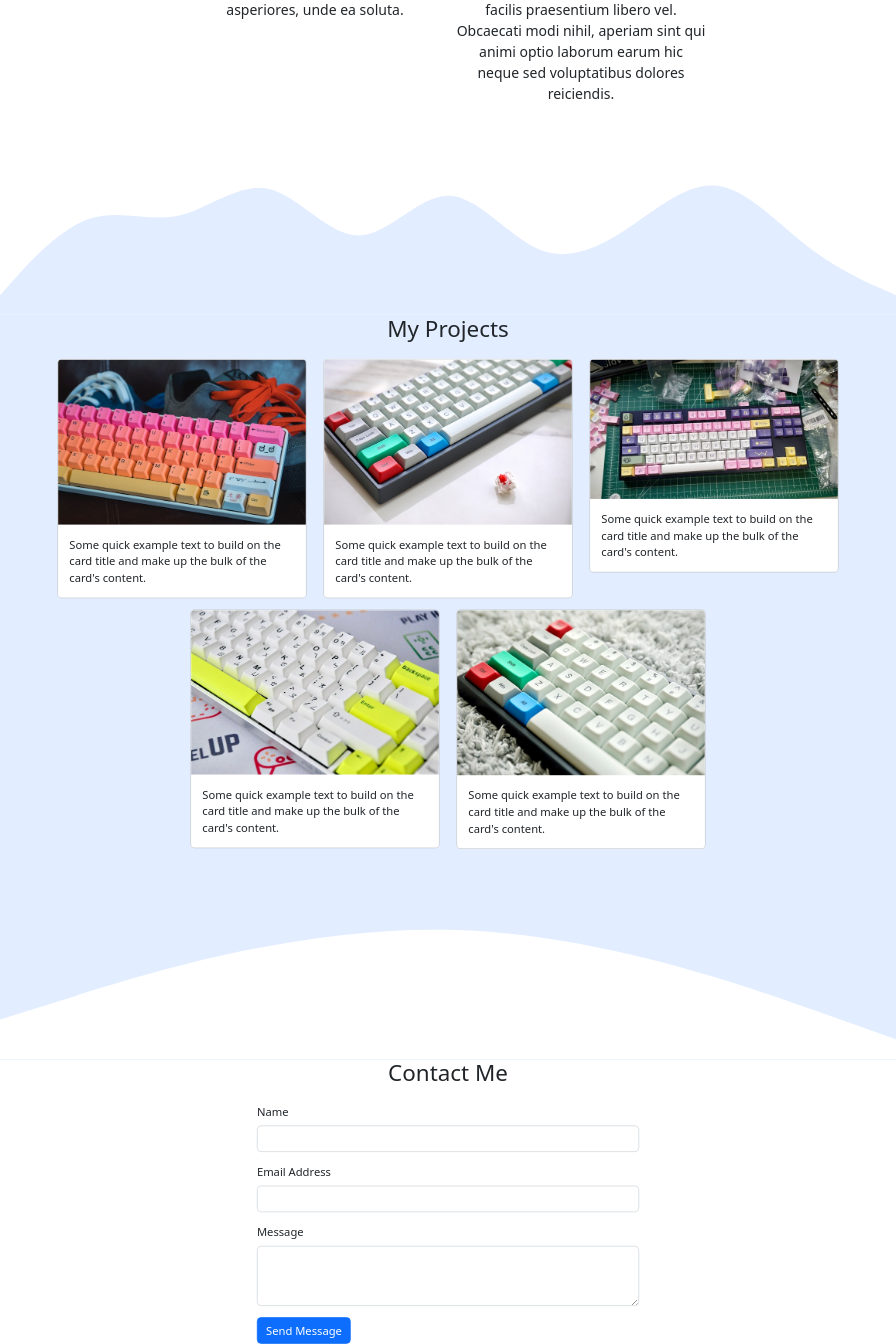
Repository: fadlyyy/fadli-dev.github.io
Page: index.html
An editor plug-in stored every save of this project. The page is shown before and after the next save, followed by the edit.
The browser window is 1280 px wide. The pictures show the part of the page from y = 1024 to 2944 px (the page is 2944 px tall), at 70% of full size.

Above is the page before, as saved 2024-01-19 13:53:19.

After the next save:
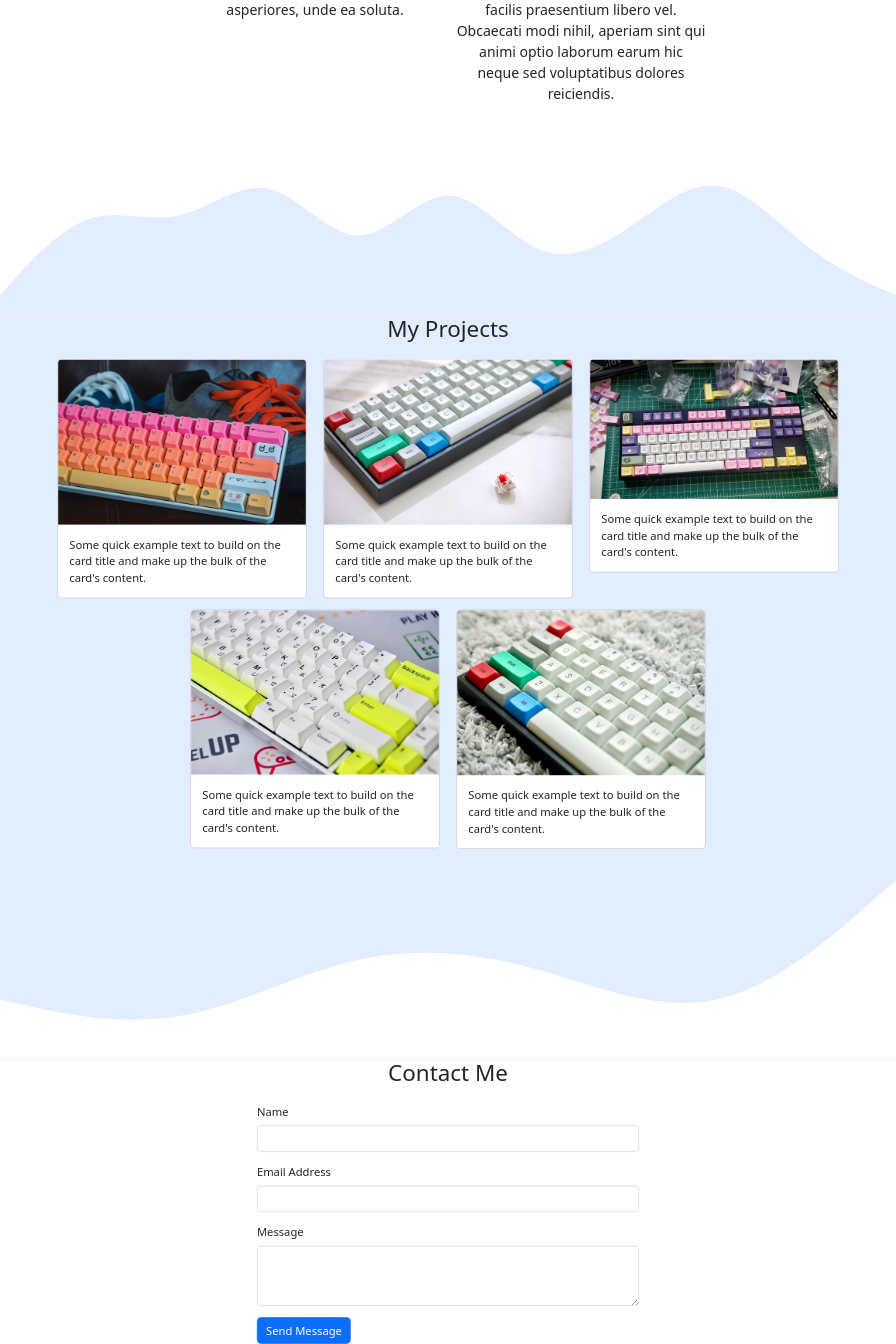
Saved 33 min 8 s later.
--- a/index.html
+++ b/index.html
@@ -134,7 +134,7 @@
           </div>
         </div>
       </div>
-      <svg xmlns="http://www.w3.org/2000/svg" viewBox="0 0 1440 320"><path fill="#fff" fill-opacity="1" d="M0,256L120,218.7C240,181,480,107,720,112C960,117,1200,203,1320,245.3L1440,288L1440,320L1320,320C1200,320,960,320,720,320C480,320,240,320,120,320L0,320Z"></path></svg>
+      <svg xmlns="http://www.w3.org/2000/svg" viewBox="0 0 1440 320"><path fill="#fff" fill-opacity="1" d="M0,224L48,234.7C96,245,192,267,288,250.7C384,235,480,181,576,160C672,139,768,149,864,176C960,203,1056,245,1152,224C1248,203,1344,117,1392,74.7L1440,32L1440,320L1392,320C1344,320,1248,320,1152,320C1056,320,960,320,864,320C768,320,672,320,576,320C480,320,384,320,288,320C192,320,96,320,48,320L0,320Z"></path></svg>
     </section>
     <!-- End Section Projects -->
 
